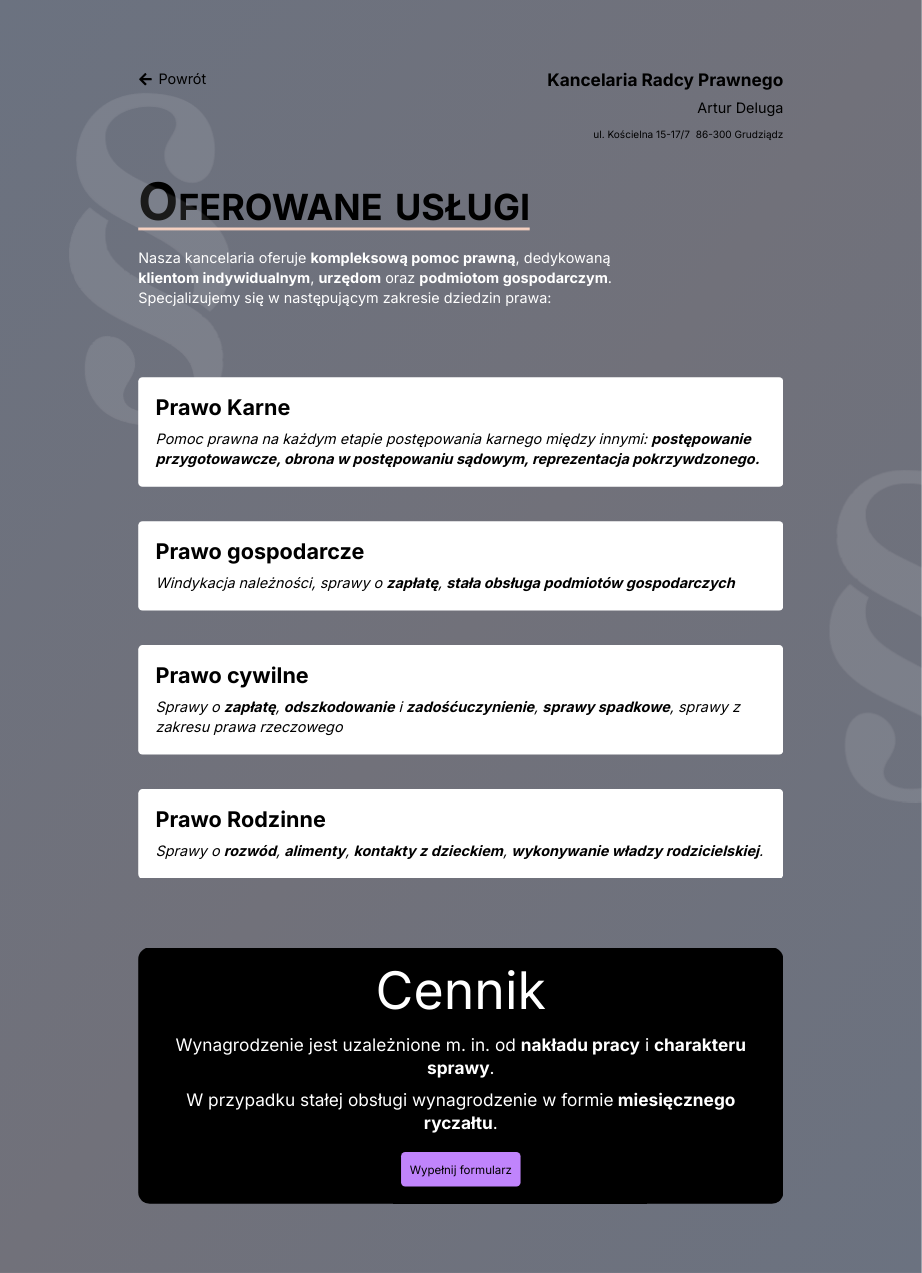
Repository: wesiudev/kancelaria-artur-deluga
Page: /oferta
These files come from the project's save history. The page is drawn as it stood at one moment and after the next save; the edit follows.
The browser window is 1280 px wide. The pictures show the whole page, at 72% of full size.
The project was rebuilt for these pictures with package versions that can differ from the ones it lists, and the page was loaded fresh each time. The framework's server and built-in components were replaced by stand-ins that run in the browser. Also part of the build but not shown: next.config.js.

Above is the page before, as saved 2023-08-09 16:42:54.

### app/layout.tsx
import "./globals.css";
import type { Metadata } from "next";
import { Inter } from "next/font/google";

const inter = Inter({ subsets: ["latin"] });

export const metadata: Metadata = {
  title: "Kancelaria Radcy Prawnego Artur Deluga",
  description:
    "Kancelaria Radcy Prawnego Grudziądz Prawo Karne, Pracwo cywilne, Prawo gospodarcze, Prawo Rodzinne. ul. Kościelna 15-17/7 86-300 Grudziądz. Pomoc prawna na każdym etapie postępowania karnego (postępowanie przygotowawcze, obrona w postępowaniu sądowym, reprezentacja pokrzywdzonego, etc.)",
  viewport: "width=device-width, initial-scale=1",
  icons: {
    icon: "/favicon.png",
  },
};

export default function RootLayout({
  children,
}: {
  children: React.ReactNode;
}) {
  return (
    <html lang="pl" className="scroll-smooth ">
      <body className={inter.className}>{children}</body>
    </html>
  );
}

### app/oferta/page.tsx
"use client";
import Image from "next/image";
import paragraphImage from "@/app/assets/paragraph.png";
import Link from "next/link";
import { FaArrowLeft } from "react-icons/fa";
import { useState } from "react";
const sendContactForm = async (data: any) =>
  fetch("/api/mail", {
    method: "POST",
    body: JSON.stringify(data),
    headers: { "Content-Type": "application/json", Accept: "application/json" },
  }).then((res) => {
    if (!res.ok) throw new Error("Failed to send message");
    return res.json();
  });

export default function OfferMobile() {
  const [isContactOpen, setContactOpen] = useState(false);
  const [firstName, setFirstName] = useState<string>("");
  const [email, setEmail] = useState<string>("");
  const [message, setMessage] = useState<string>("");

  const onSubmit = async () => {
    try {
      await sendContactForm({
        firstName: firstName,
        email: email,
        message: message,
      });
    } catch (error) {}
  };
  return (
    <div className="w-full mx-auto z-[2000] bg-gradient-to-br from-gray-500 via-zinc-500 to-gray-500 overflow-x-hidden text-black">
      <Image
        src={paragraphImage}
        alt="Paragraf obrazek w tle"
        width={224}
        height={224}
        className="fixed opacity-10 left-24 top-[50%] -translate-y-[50%]"
      />
      <div className="flex flex-col space-x-[100px] min-h-screen items-center py-24">
        <div className="flex flex-col w-[85vw] lg:w-[70vw] 2xl:w-[60vw] min-h-screen justify-center ">
          <Image
            src={paragraphImage}
            alt="Paragraf obrazek w tle"
            width={224}
            height={224}
            className="fixed opacity-10 -right-24 rotate-180"
          />
          <div className="flex flex-col justify-between w-full">
            <div className="flex flex-row justify-between">
              <div className="w-1/2">
                <Link
                  className="group flex flex-row items-center mb-12 text-xl w-max"
                  href="/"
                >
                  <FaArrowLeft className="mr-2" />
                  <span className="hover:underline hover:underline-offset-4">
                    {" "}
                    Powrót
                  </span>
                </Link>
              </div>
              <div>
                <h1 className="text-xl lg:text-2xl text-right sm:text-left font-bold">
                  Kancelaria Radcy Prawnego
                </h1>
                <div className="w-full flex justify-end">
                  <h2 className="text-xl mb-12 lg:mb-0 mt-2">Artur Deluga</h2>
                </div>
                <div
                  className={` flex-row space-x-2 text-sm justify-end mt-3 mb-12 hidden lg:flex`}
                >
                  <div>ul. Kościelna 15-17/7</div>
                  <div>86-300 Grudziądz</div>
                </div>
              </div>
            </div>

            <div className=" rounded-2xl  text-white">
              <div className="w-max">
                <h1 className="w-max text-4xl md:text-5xl lg:text-7xl text-black caps font-bold">
                  Oferowane usługi
                </h1>
                <div className="h-1 w-full mb-6 bg-rose-200 hue-rotate-30" />
              </div>

              <h2 className="text-left text-xl w-full lg:w-3/4 ">
                Nasza kancelaria oferuje{" "}
                <span className="font-bold"> kompleksową pomoc prawną</span>,
                dedykowaną{" "}
                <span className="font-bold">klientom indywidualnym</span>,{" "}
                <span className="font-bold">urzędom</span> oraz{" "}
                <span className="font-bold">podmiotom gospodarczym</span>.
                Specjalizujemy się w następującym zakresie dziedzin prawa:
              </h2>
            </div>
          </div>
          <div className="relative text-black flex flex-col space-y-12 mt-24">
            <div className="max-h-[50vh] border-0 hover:scale-105 duration-300 hover:bg-opacity-100 cursor-default  rounded-md bg-white  flex flex-col p-6 justify-between">
              <h1 className="text-xl lg:text-3xl font-bold">Prawo Karne</h1>
              <p className="text-sm sm:text-xl mt-3 italic">
                Pomoc prawna na każdym etapie postępowania karnego między
                innymi:{" "}
                <span className="font-bold">
                  postępowanie przygotowawcze, obrona w postępowaniu sądowym,
                  reprezentacja pokrzywdzonego.
                </span>
              </p>
            </div>
            <div className="max-h-[50vh] border-0 hover:scale-105 duration-300 hover:bg-opacity-100 cursor-default  rounded-md bg-white  flex flex-col justify-between p-6">
              <h1 className="text-xl lg:text-3xl font-bold">
                Prawo gospodarcze
              </h1>
              <p className="text-sm sm:text-xl mt-3 italic">
                Windykacja należności, sprawy o{" "}
                <span className="font-bold">zapłatę</span>,{" "}
                <span className="font-bold">
                  stała obsługa podmiotów gospodarczych
                </span>
              </p>
            </div>

            <div className="max-h-[50vh] border-0 hover:scale-105 duration-300 hover:bg-opacity-100 cursor-default rounded-md bg-white  flex flex-col p-6 justify-between">
              <h1 className="text-xl lg:text-3xl font-bold">Prawo cywilne</h1>
              <p className="text-sm sm:text-xl mt-3 italic">
                Sprawy o <span className="font-bold">zapłatę</span>,{" "}
                <span className="font-bold">odszkodowanie</span> i{" "}
                <span className="font-bold">zadośćuczynienie</span>,{" "}
                <span className="font-bold">sprawy spadkowe</span>, sprawy z
                zakresu prawa rzeczowego
              </p>
            </div>
            <div className="max-h-[50vh] border-0 hover:scale-105 duration-300 hover:bg-opacity-100 cursor-default rounded-md  bg-white  flex flex-col p-6 justify-between">
              <h1 className="text-xl lg:text-3xl font-bold">Prawo Rodzinne</h1>
              <p className="text-sm sm:text-xl mt-3 italic">
                Sprawy o <span className="font-bold">rozwód</span>,{" "}
                <span className="font-bold">alimenty</span>,{" "}
                <span className="font-bold">kontakty z dzieckiem</span>,{" "}
                <span className="font-bold">
                  wykonywanie władzy rodzicielskiej
                </span>
                .
              </p>
            </div>
          </div>
          <div className="text-white flex flex-col h-max my-auto px-3 lg:px-12  text-center relative w-full mt-12  lg:mx-auto lg:mt-24 bg-black py-3 lg:py-6 rounded-2xl">
            <h1 className="text-5xl lg:text-7xl ">Cennik</h1>
            <p className="mt-6 text-base lg:text-2xl">
              Wynagrodzenie jest uzależnione m. in. od{" "}
              <span className="font-bold"> nakładu pracy</span> i{" "}
              <span className="font-bold">charakteru sprawy</span>.
            </p>
            <p className="mt-3 text-sm lg:text-2xl">
              W przypadku stałej obsługi wynagrodzenie w formie
              <span className="font-bold"> miesięcznego ryczałtu</span>.
            </p>
            <button
              onClick={() => setContactOpen(true)}
              className=" p-3 bg-purple-400 hover:bg-purple-300 duration-300 text-black mt-6 w-max mx-auto rounded-md"
            >
              Wypełnij formularz
            </button>
          </div>
          <div
            className={` flex-row space-x-2 text-sm justify-center mt-12 flex lg:hidden z-[1000]`}
          >
            <div>ul. Kościelna 15-17/7</div>
            <div>86-300 Grudziądz</div>
          </div>
        </div>
      </div>
      <div
        className={`w-[80vw] fixed left-[50%] -translate-x-[50%] top-[50%] -translate-y-[50%] bg-gradient-to-bl from-black to-zinc-800 lg:w-max h-max px-12 rounded-3xl py-6 duration-300 ${
          isContactOpen ? "z-[2000] opacity-100" : "z-[-1000] opacity-0"
        }`}
      >
        <h1 className="text-3xl text-center">Kontakt</h1>

        <div className="flex flex-col space-y-3 mt-6 lg:mt-12">
          <div className="flex flex-col lg:flex-row lg:space-x-3">
            <div className="flex flex-col">
              Imię{" "}
              <input
                onChange={(e) => setFirstName(e.target.value)}
                value={firstName}
                id="fName"
                type="text"
                className="mt-2 text-black"
              />
            </div>
            <div className="flex flex-col mt-3 lg:mt-0">
              Email{" "}
              <input
                onChange={(e) => setEmail(e.target.value)}
                value={email}
                type="text"
                className="mt-2 text-black"
              />
            </div>
          </div>
          <div className="flex flex-col mt-2">
            Treść{" "}
            <textarea
              onChange={(e) => setMessage(e.target.value)}
              value={message}
              className="h-full resize-none text-black"
            ></textarea>
          </div>
        </div>
        <div className="w-full flex space-x-3">
          <button
            onClick={() => setContactOpen(false)}
            className="w-1/2 hover:underline py-2 mt-8"
          >
            Powrót
          </button>
          <button
            onClick={onSubmit}
            className="w-1/2 bg-purple-400 hover:bg-purple-300 duration-300 py-2 mt-8"
          >
            Wyślij
          </button>
        </div>
      </div>
    </div>
  );
}

### app/globals.css
@tailwind base;
@tailwind components;
@tailwind utilities;

:root {
  --foreground-rgb: 0, 0, 0;
  --background-start-rgb: 214, 219, 220;
  --background-end-rgb: 255, 255, 255;
}

@media (prefers-color-scheme: dark) {
  :root {
    --foreground-rgb: 255, 255, 255;
    --background-start-rgb: 0, 0, 0;
    --background-end-rgb: 0, 0, 0;
  }
}

body {
  color: rgb(var(--foreground-rgb));
  background: linear-gradient(
      to bottom,
      transparent,
      rgb(var(--background-end-rgb))
    )
    rgb(var(--background-start-rgb));
}

.expand {
  position: relative;
  text-decoration: none;
  display: inline-block;
}
.expand:after {
  display: block;
  content: "";
  border-bottom: solid 3px white;
  transform: scaleX(0);
  transition: transform 250ms ease-in-out;
  transform-origin: 100% 50%;
}
.expand:hover:after {
  transform: scaleX(1);
  transform-origin: 0 50%;
}

.caps {
  font-variant: small-caps;
}
html {
  scroll-behavior: smooth;
  color: #1a1a1a;
}

Loaded but not shown: tailwind.config.js (common file)

After the next save:
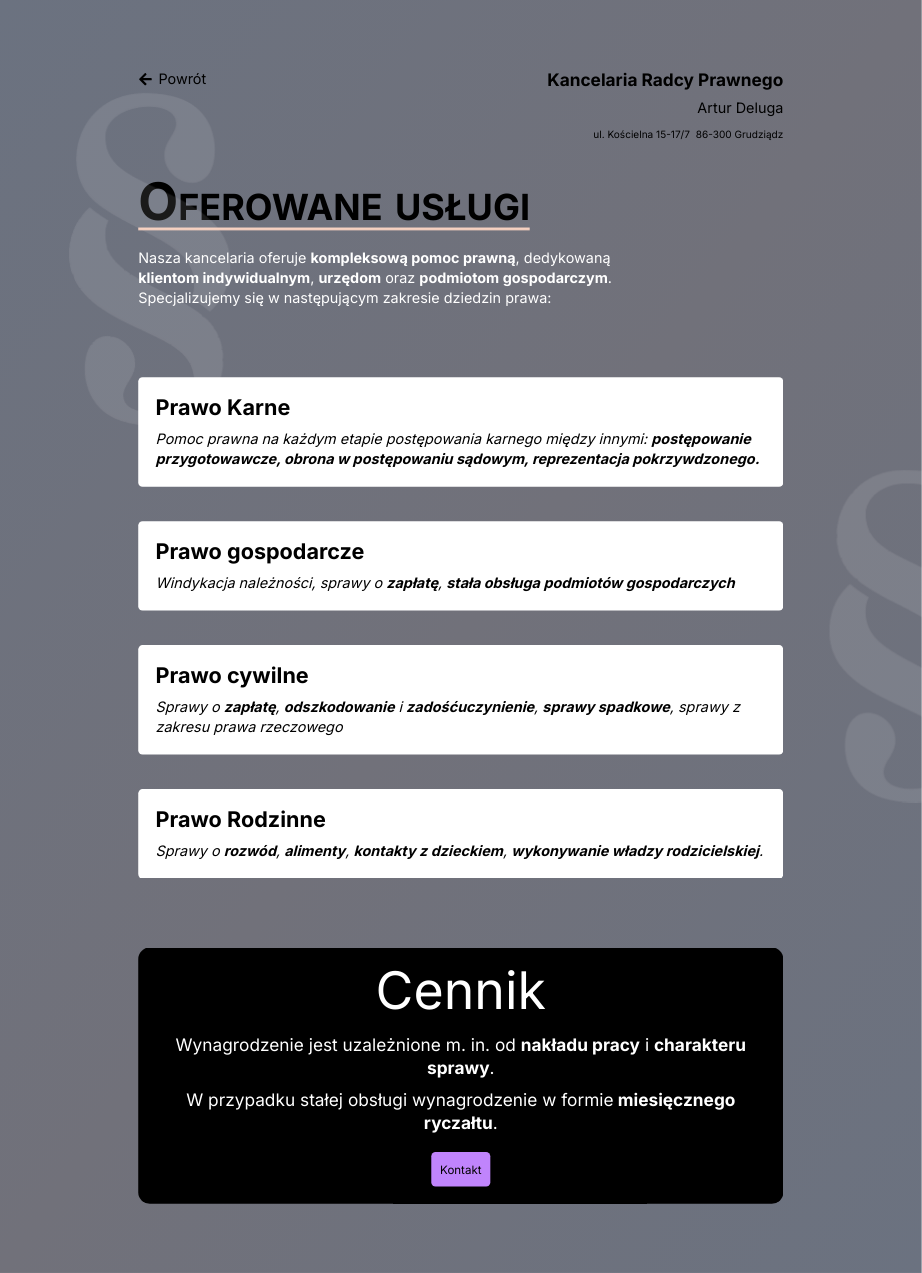
Saved 12 s later.
--- a/app/oferta/page.tsx
+++ b/app/oferta/page.tsx
@@ -159,7 +159,7 @@ export default function OfferMobile() {
               onClick={() => setContactOpen(true)}
               className=" p-3 bg-purple-400 hover:bg-purple-300 duration-300 text-black mt-6 w-max mx-auto rounded-md"
             >
-              Wypełnij formularz
+              Kontakt
             </button>
           </div>
           <div
